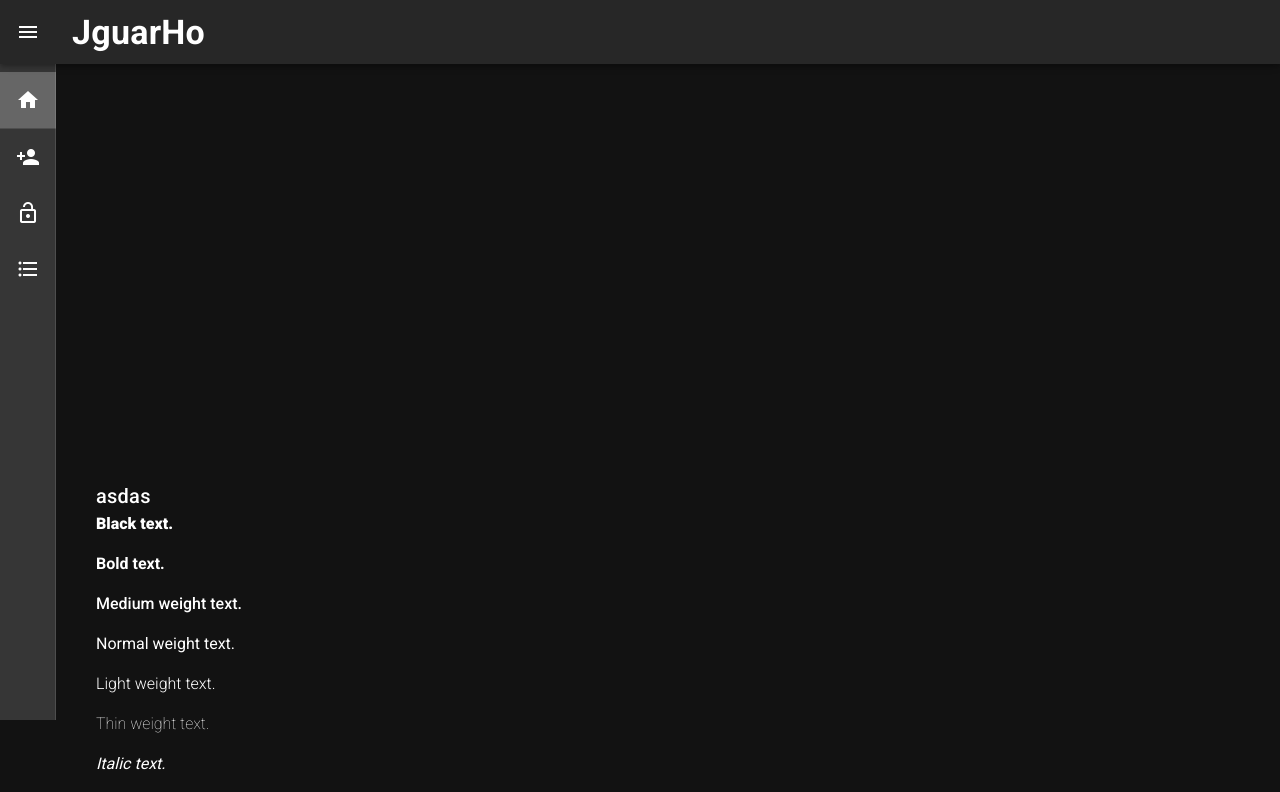
Repository: agent501/MRMS
Page: /
An editor plug-in stored every save of this project. The page is shown before and after the next save, followed by the edit.
The browser window is 1280 px wide. The pictures show the whole page.
The page's requests for data from a server got no answer. The project was rebuilt for these pictures with package versions that can differ from the ones it lists, and the page was loaded fresh each time. No one was signed in, and anything a server would have sent is missing. Also part of the build but not shown: vue.config.js, src/components/Product/products.vue, src/components/Product/product.vue, src/components/Product/createproduct.vue, src/components/User/signin.vue, src/components/User/signup.vue, src/components/User/profile.vue, src/components/Shared/Alert.vue and 2 more. Imported but missing from the stored project, and not drawn on this page: src/router/auth-guard.js.

Above is the page before, as saved 2020-07-29 16:47:32.

### src/main.js
import Vue from 'vue';
import App from './App.vue';
import router from './router';
import { store } from './store';
import alert from './components/Shared/Alert.vue';
import vuetify from './plugins/vuetify';
import { fb } from './components/firebase/firebase.js';
import * as firebase from 'firebase';
import editproductdiaglog from './components/Product/Edit/editproductdialog.vue';
import editprogressbar from './components/Product/Edit/editprogressbar.vue';

Vue.component('app-alert', alert);
Vue.component('app-edit-product', editproductdiaglog);
Vue.component('app-edit-progress', editprogressbar);

Vue.config.productionTip = false;

new Vue({
  router,
  store,
  vuetify,
  render: (h) => h(App),
  created() {
    fb;
    firebase.auth().onAuthStateChanged((user) => {
      if (user) {
        this.$store.dispatch('autosignin', user);
      }
    });
    this.$store.dispatch('loadProducts');
  },
}).$mount('#app');

### src/App.vue
<template>
  <v-app>
    <v-navigation-drawer v-model="drawer" :mini-variant.sync="mini" app clipped dense permanent>
      <v-list>
        <v-list-item to="/">
          <v-list-item-icon>
            <v-icon medium>home</v-icon>
          </v-list-item-icon>

          <v-list-item-content>
            <v-list-item-title>Home</v-list-item-title>
          </v-list-item-content>
        </v-list-item>

        <v-divider></v-divider>
        <v-list-item v-for="item in menuItems" :key="item.title" router :to="item.link">
          <v-list-item-icon>
            <v-icon medium>{{ item.icon }}</v-icon>
          </v-list-item-icon>

          <v-list-item-content>
            <v-list-item-title>{{ item.text }}</v-list-item-title>
          </v-list-item-content>
        </v-list-item>
        <v-list-item v-if="userIsAuthenticated || adminIsAuthenticated" @click="onLogout">
          <v-list-item-icon>
            <v-icon>exit_to_app</v-icon>
          </v-list-item-icon>
          <v-list-item-content>Logout</v-list-item-content>
        </v-list-item>
      </v-list>
    </v-navigation-drawer>

    <v-app-bar app clipped-left>
      <v-app-bar-nav-icon @click.stop="mini=!mini"></v-app-bar-nav-icon>
      <v-toolbar-title class="font-weight-bold display-1">
        <router-link to="/" tag="span" style="cursor:pointer">JguarHo</router-link>
      </v-toolbar-title>
    </v-app-bar>

    <!-- Page Content -->
    <v-content>
      <router-view></router-view>
    </v-content>

    <!-- <v-footer>
      <span>JguarHo &copy; Copyright Reserved</span>
    </v-footer>-->
  </v-app>
</template>

<script>
// import HelloWorld from './components/HelloWorld';

export default {
  name: 'App',

  components: {
    // HelloWorld,
  },
  props: {
    source: String
  },
  data: () => ({
    mini: true,
    drawer: true
    // items: [
    //   { icon: 'lock_open', text: 'Sign In', link: '/signin' },
    //   { icon: 'home', text: 'Home', link: '/' },
    //   { icon: 'list', text: 'All Products', link: '/products' },
    //   { icon: 'help_outline', text: 'About Us', link: '' }
    // ]
  }),
  computed: {
    menuItems() {
      let items = [
        { icon: 'person_add', text: 'Sign Up', link: '/signup' },
        { icon: 'lock_open', text: 'Sign In', link: '/signin' },

        {
          icon: 'format_list_bulleted',
          text: 'All Products',
          link: '/products'
        }
        // { icon: 'person', text: 'About Us', link: '' }
      ];
      if (this.adminIsAuthenticated) {
        items = [
          {
            icon: 'create_new_folder',
            text: 'Create Product',
            link: '/createproduct'
          },
          {
            icon: 'format_list_bulleted',
            text: 'All Products',
            link: '/products'
          },
          {
            icon: 'person',
            text: 'Profile',
            link: '/profile/' + this.adminIsAuthenticated.id
          }
        ];
      } else if (this.userIsAuthenticated) {
        items = [
          {
            icon: 'format_list_bulleted',
            text: 'All Products',
            link: '/products'
          },
          {
            icon: 'person',
            text: 'Profile',
            link: '/profile/' + this.userIsAuthenticated.id
          }
        ];
      }
      return items;
    },
    adminIsAuthenticated() {
      return (
        this.$store.getters.user !== null &&
        this.$store.getters.user !== undefined &&
        this.$store.getters.user.id === 'ktQMfIIbLQRTlySJDVzU9JbCF293' &&
        this.$store.getters.user
      );
    },
    userIsAuthenticated() {
      return (
        this.$store.getters.user !== null &&
        this.$store.getters.user !== undefined &&
        this.$store.getters.user
      );
    }
  },
  created() {
    this.$vuetify.theme.dark = true;
  },
  methods: {
    onLogout() {
      this.$store.dispatch('logout');
      this.$router.push('/');
    }
  }
};
</script>

### src/router/index.js
import Vue from 'vue';
import VueRouter from 'vue-router';
import home from '../components/Home.vue';
import products from '../components/Product/products.vue';
import product from '../components/Product/product.vue';
import createproduct from '../components/Product/createproduct.vue';
import signin from '../components/User/signin.vue';
import signup from '../components/User/signup.vue';
import profile from '../components/User/profile.vue';
import AuthGuard from '../router/auth-guard.js';

Vue.use(VueRouter);

export default new VueRouter({
  mode: 'history',
  routes: [
    { path: '/', name: 'home', component: home },
    { path: '/products', name: 'products', component: products },
    {
      path: '/createproduct',
      name: 'createproduct',
      component: createproduct,
      beforeEnter: AuthGuard,
    },
    { path: '/signin', name: 'signin', component: signin },
    { path: '/signup', name: 'signup', component: signup },
    {
      path: '/profile/:id',
      name: 'profile',
      component: profile,
      beforeEnter: AuthGuard,
    },
    {
      path: '/products/:id',
      name: 'product',
      props: true,
      component: product,
    },
  ],
});

### src/store/index.js
import Vue from 'vue';
import Vuex from 'vuex';

import product from './product';
import user from './user';
import shared from './shared';

Vue.use(Vuex);

export const store = new Vuex.Store({
  modules: {
    product: product,
    user: user,
    shared: shared,
  },
});

### src/plugins/vuetify.js
import Vue from 'vue';
import Vuetify from 'vuetify/lib';
import '@mdi/font/css/materialdesignicons.css'; //
import 'material-design-icons-iconfont/dist/material-design-icons.css';

Vue.use(Vuetify);

export default new Vuetify({
  icons: {
    iconfont: 'mdi',
  },
});

### src/components/firebase/firebase.js
import firebase from 'firebase/app';
import 'firebase/firestore';
import 'firebase/storage';

var firebaseConfig = {
  apiKey: 'AIzaSyBJdvJyA-ac-dO3JYy-4WKY7wIkma-Y1fI',
  authDomain: 'mrms-2ae69.firebaseapp.com',
  databaseURL: 'https://mrms-2ae69.firebaseio.com',
  projectId: 'mrms-2ae69',
  storageBucket: 'mrms-2ae69.appspot.com',
  messagingSenderId: '287673096935',
  appId: '1:287673096935:web:7f7f75dea0b5657353e042',
  measurementId: 'G-EKPLN37GXX',
};

export const fb = firebase.initializeApp(firebaseConfig);

### src/components/Home.vue
<template>
  <div class="mx-10" style="max-width:1800px">
    <v-layout>
      <v-flex xs12 class="text-xs-center" v-if="!loading">
        <v-progress-circular
          indeterminate
          class="primary--text"
          :width="7"
          :size="70"
          v-if="loading"
        ></v-progress-circular>
      </v-flex>
    </v-layout>

    <v-carousel
      cycle
      class="mt-4"
      height="400"
      hide-delimiters
      show-arrows-on-hover
      width="100%"
      style="cursor:pointer"
    >
      <v-carousel-item
        v-for="product in products"
        :key="product.id"
        @click="onLoadProduct(product.id)"
      >
        <div class="text-right">
          <span class="title">{{ product.name }}</span>
        </div>
        <img :src="product.featureimage" style="height: 100%; width: 100%; object-fit: contain" />
      </v-carousel-item>
    </v-carousel>

    <div>
      <div class="text-lg-h6">asdas</div>
      <p class="font-weight-black">Black text.</p>
      <p class="font-weight-bold">Bold text.</p>
      <p class="font-weight-medium">Medium weight text.</p>
      <p class="font-weight-regular">Normal weight text.</p>
      <p class="font-weight-light">Light weight text.</p>
      <p class="font-weight-thin">Thin weight text.</p>
      <p class="font-italic">Italic text.</p>
    </div>
  </div>
</template>

<script>
export default {
  // data: () => ({
  //   images: [
  //     {
  //       src: 'https://cdn.vuetifyjs.com/images/carousel/squirrel.jpg',
  //       title: 'image1asdasdasdsadasdasdsadasdasd',
  //       id: 'asdad123'
  //     },
  //     {
  //       src: 'https://cdn.vuetifyjs.com/images/carousel/sky.jpg',
  //       title: 'image2',
  //       id: 'asdasd1223'
  //     },
  //     {
  //       src: 'https://cdn.vuetifyjs.com/images/carousel/bird.jpg',
  //       title: 'image3',
  //       id: 'asdad13223'
  //     },
  //     {
  //       src: 'https://cdn.vuetifyjs.com/images/carousel/planet.jpg',
  //       title: 'image4',
  //       id: 'asdaasd1123'
  //     }
  //   ]
  // }),
  computed: {
    products() {
      return this.$store.getters.featuredProducts;
    },
    loading() {
      return this.$store.getters.loading;
    },
  },
  methods: {
    onLoadProduct(id) {
      this.$router.push('/products/' + id);
    },
  },
};
</script>

<style scoped>
.title {
  background-color: rgba(235, 235, 235, 0.897);
  color: black;

  padding: 10px 30px;
}
</style>

### src/store/product/index.js
import * as firebase from 'firebase';

export default {
  state: {
    loadedProducts: [],
  },
  mutations: {
    createProduct(state, payload) {
      state.loadedProducts.push(payload);
    },
    setLoadedProducts(state, payload) {
      state.loadedProducts = payload;
    },
    updateProduct(state, payload) {
      const product = state.loadedProducts.find((product) => {
        return product.id === payload.id;
      });
      if (payload.name) {
        product.name = payload.name;
      }
      if (payload.description) {
        product.description = payload.description;
      }
      if (payload.earningperunit) {
        product.earningperunit = payload.earningperunit;
      }
      if (payload.investmentperunit) {
        product.investmentperunit = payload.investmentperunit;
      }
    },
    updateProgress(state, payload) {
      const product = state.loadedProducts.find((product) => {
        return product.id === payload.id;
      });
      if (payload.productprogressbar) {
        product.productprogressbar = payload.productprogressbar;
      }
    },
    deleteProduct(state, payload) {
      const registeredProducts = state.loadedProducts;
      registeredProducts.splice(
        registeredProducts.findIndex((product) => product.id === payload),
        1
      );
      // Reflect.deleteProperty(state.user.fbKeys,payload)
    },
  },
  actions: {
    loadProducts({ commit }) {
      commit('setLoading', true);
      firebase
        .database()
        .ref('products')
        .once('value')
        .then((data) => {
          const products = [];
          const obj = data.val();
          for (let key in obj) {
            products.push({
              id: key,
              name: obj[key].name,
              description: obj[key].description,
              investmentperunit: obj[key].investmentperunit,
              earningperunit: obj[key].earningperunit,
              creatorId: obj[key].creatorId,
              productimage: obj[key].productimage,
              productprogressbar: obj[key].productprogressbar,
              featureimage: obj[key].productimage[0],
            });
          }
          commit('setLoadedProducts', products);
          commit('setLoading', false);
        })
        .catch((error) => {
          console.log(error);
          commit('setLoading', true);
        });
    },
    deleteProduct({ commit }, payload) {
      const productId = payload;
      console.log(productId);
      firebase
        .database()
        .ref('products')
        .child(productId)
        .remove()
        .then(function () {
          // File deleted successfully

          console.log('success');
        })
        .catch(function (error) {
          // Uh-oh, an error occurred!
          console.log(error);
        });
      commit('deleteProduct', payload);
    },
    createProduct({ commit, getters }, payload) {
      const product = {
        name: payload.name,
        description: payload.description,
        investmentperunit: payload.investmentperunit,
        earningperunit: payload.earningperunit,
        productimage: payload.productimage,
        productprogressbar: payload.productprogressbar,
        creatorId: getters.user.id,
      };
      let key;
      firebase
        .database()
        .ref('products')
        .push(product)
        .then((data) => {
          //specific product id
          key = data.key;
          commit('createProduct', { ...product, id: key });
          // return key
        });
    },
    updateproductdata({ commit }, payload) {
      commit('loading', true);
      const updateObj = {};
      if (payload.name) {
        updateObj.name = payload.name;
      }
      if (payload.desscription) {
        updateObj.description = payload.desscription;
      }
      if (payload.earningperunit) {
        updateObj.earningperunit = payload.earningperunit;
      }
      if (payload.investmentperunit) {
        updateObj.investmentperunit = payload.investmentperunit;
      }
      firebase
        .database()
        .ref('products')
        .child(payload.id)
        .update(updateObj)
        .then(() => {
          commit('setLoading', false);
          commit('updateProduct', payload);
        })
        .catch((error) => {
          console.log(error);
          commit('setLoading', false);
        });
    },
    updateprogressdata({ commit }, payload) {
      commit('loading', true);
      const updateObj = {};
      if (payload.productprogressbar) {
        updateObj.productprogressbar = payload.productprogressbar;
      }

      firebase
        .database()
        .ref('products')
        .child(payload.id)
        .update(updateObj)
        .then(() => {
          commit('setLoading', false);
          commit('updateProgress', payload);
        })
        .catch((error) => {
          console.log(error);
          commit('setLoading', false);
        });
    },
  },
  getters: {
    loadedProducts(state) {
      return state.loadedProducts.sort((productA, productB) => {
        return productA.date > productB.date;
      });
    },
    featuredProducts(state, getters) {
      return getters.loadedProducts.slice(0, 5);
    },
    loadedProduct(state) {
      return (productId) => {
        return state.loadedProducts.find((product) => {
          return product.id === productId;
        });
      };
    },
  },
  modules: {},
};

### src/store/user/index.js
import * as firebase from 'firebase';

export default {
  state: {
    user: null,
    profile: [],
  },
  mutations: {
    setUser(state, payload) {
      state.user = payload;
    },
    setLoadedProfile(state, payload) {
      state.profile = payload;
    },
    updateProfile(state, payload) {
      const profile = state.profile;

      if (payload.name) {
        profile.name = payload.name;
      }
      if (payload.email) {
        profile.email = payload.email;
      }
      if (payload.icnumber) {
        profile.icnumber = payload.icnumber;
      }
      if (payload.phonenumber) {
        profile.phonenumber = payload.phonenumber;
      }
      if (payload.ssmimage) {
        profile.ssmimage = payload.ssmimage;
      }
    },
  },
  actions: {
    signUp({ commit }, payload) {
      // perform the mutation set loading because no matter user success sign up or not it will always display loading
      commit('setLoading', true);
      commit('clearError');
      firebase
        .auth()
        // passing the email and password fetch from the signup page and send to the firebasenpm
        .createUserWithEmailAndPassword(payload.email, payload.password)
        //if success, get the unique id from the firebase and set it on the format that is same as state
        .then((response) => {
          // set loading in the state back to false because is already succeed
          commit('setLoading', false);

          const newUser = {
            userid: response.user.uid,
            registeredProducts: [],
            fbKeys: {},
            email: payload.email,
            phonenumber: payload.phonenumber,
            icnumber: payload.icnumber,
            name: payload.name,
            ssmimage: payload.image,
          };
          let key;
          firebase
            .database()
            .ref('profiles')
            .push(newUser)
            .then((data) => {
              //specific product id
              key = data.userid;
              commit('createProfile', { ...newUser, id: key });
              // return key
            });

          commit('setUser', newUser);
        })
        // if got error
        .catch((error) => {
          // set loading in the state back to false because there's a error occur
          commit('setLoading', false);
          // perform the mutation of setError to display the error
          commit('setError', error);
          console.log(error);
        });
    },
    logIn({ commit }, payload) {
      // perform the mutation set loading because no matter user success sign in or not it will always display loading
      commit('setLoading', true);
      commit('clearError');
      firebase
        .auth()
        // sending the user email and password to the firebase for matchmaking in order to login
        .signInWithEmailAndPassword(payload.email, payload.password)
        .then((response) => {
          // set loading in the state back to false because is already succeed
          commit('setLoading', false);

          const newUser = {
            id: response.user.uid,
            registeredProducts: [],
            fbKeys: {},
          };

          firebase
            .database()
            .ref('profiles')
            .orderByChild('userid')
            .equalTo(newUser.id)
            .once('value')
            .then((data) => {
              const profile = [];
              const obj = data.val();
              for (let key in obj) {
                profile.push({
                  id: key,
                  name: obj[key].name,
                  email: obj[key].email,
                  icnumber: obj[key].icnumber,
                  phonenumber: obj[key].phonenumber,
                  userid: obj[key].userid,
                  ssmimage: obj[key].ssmimage,
                });
              }
              console.log(profile);
              commit('setLoadedProfile', profile);

              commit('setLoading', false);
            })
            .catch((error) => {
              console.log(error);
              commit('setLoading', true);
            });

          commit('setUser', newUser);
        }) // if got error
        .catch((error) => {
          // set loading in the state back to false because there's a error occur
          commit('setLoading', false);
          // perform the mutation of setError to display the error
          commit('setError', error);
          console.log(error);
        });
    },
    autosignin({ commit }, payload) {
      commit('setUser', { id: payload.uid, registeredProducts: [] });
    },
    logout({ commit }) {
      firebase.auth().signOut();
      commit('setUser', null);
    },
    updatePassword(payload) {
      var user = firebase.auth().currentUser;
      var updatepassword = payload.newpassword;
      var credential = firebase.auth.EmailAuthProvider.credential(
        payload.email,
        payload.currentpassword
      );

      user
        .reauthenticate(credential)
        .then(() => {
          user
            .updatePassword(updatepassword)
            .then(() => {
              this.dialog = true;
              console.log('update complete');
              if (this.dialog === false) {
                this.$router.push('/');
              }
            })
            .catch((error) => {
              console.log(error);
            });
        })
        .catch((error) => {
          console.log(error);
        });
    },
    updateProfileData({ commit }, payload) {
      commit('loading', true);
      const updateObj = {};
      if (payload.name) {
        updateObj.name = payload.name;
      }
      if (payload.email) {
        updateObj.email = payload.email;
      }
      if (payload.icnumber) {
        updateObj.icnumber = payload.icnumber;
      }
      if (payload.phonenumber) {
        updateObj.phonenumber = payload.phonenumber;
      }
      if (payload.ssmimage) {
        updateObj.ssmimage = payload.ssmimage;
      }
      firebase
        .database()
        .ref('profiles')
        .child(payload.id)
        .update(updateObj)
        .then(() => {
          commit('setLoading', false);
          commit('updateProfile', payload);
        })
        .catch((error) => {
          console.log(error);
          commit('setLoading', false);
        });
    },
  },
  getters: {
    user(state) {
      return state.user;
    },
  },
};

### src/store/shared/index.js
export default {
  state: {
    loading: false,
    error: null,
  },
  mutations: {
    setLoading(state, payload) {
      state.loading = payload;
    },
    // change the of status error in state
    setError(state, payload) {
      state.error = payload;
    },
    // change the status of error back to null
    clearError(state) {
      state.error = null;
    },
  },
  actions: {
    clearError({ commit }) {
      commit('clearError');
    },
  },
  getters: {
    error(state) {
      return state.error;
    },
    loading(state) {
      return state.loading;
    },
  },
};

Loaded but not shown: public/index.html (common file)

After the next save:
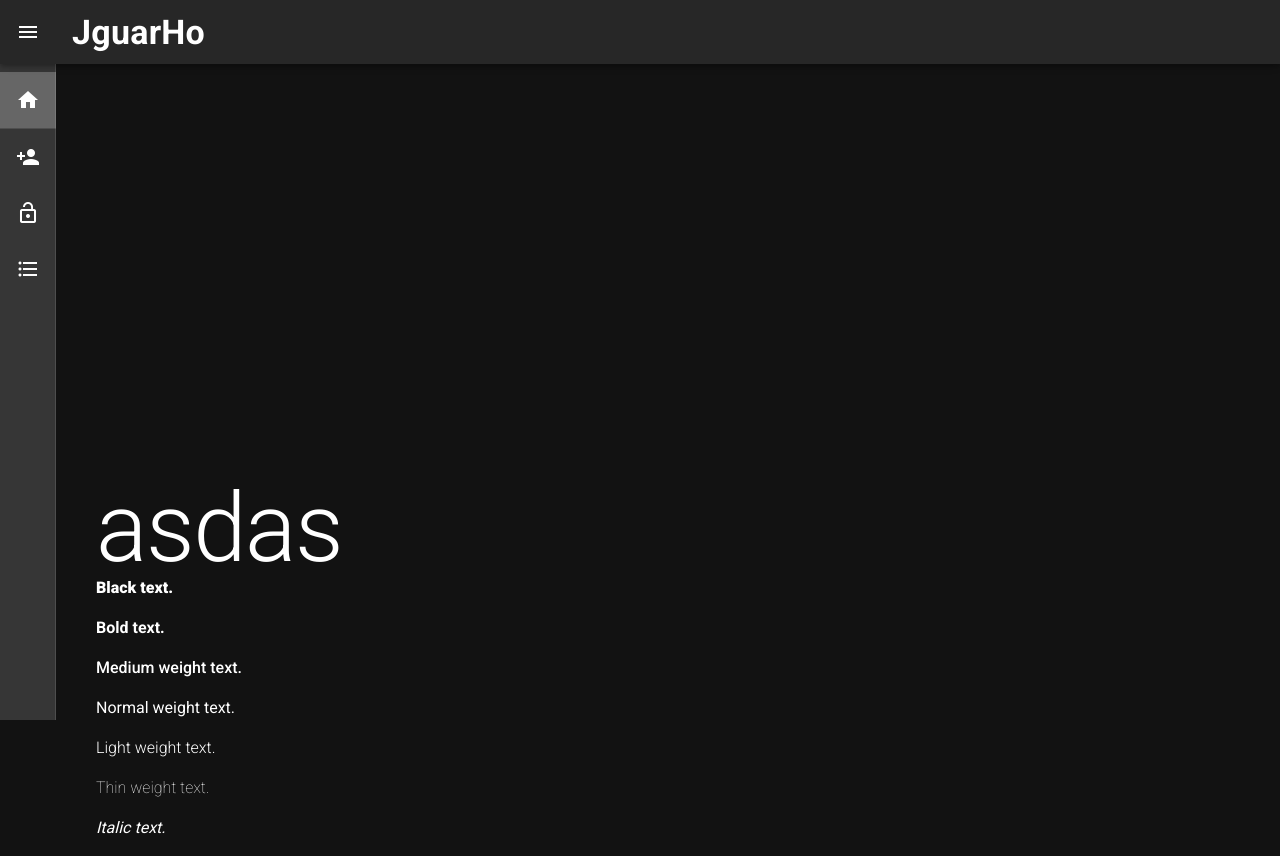
Saved 11 s later.
--- a/src/components/Home.vue
+++ b/src/components/Home.vue
@@ -34,7 +34,7 @@
     </v-carousel>
 
     <div>
-      <div class="text-lg-h6">asdas</div>
+      <div class="text-lg-h1">asdas</div>
       <p class="font-weight-black">Black text.</p>
       <p class="font-weight-bold">Bold text.</p>
       <p class="font-weight-medium">Medium weight text.</p>
